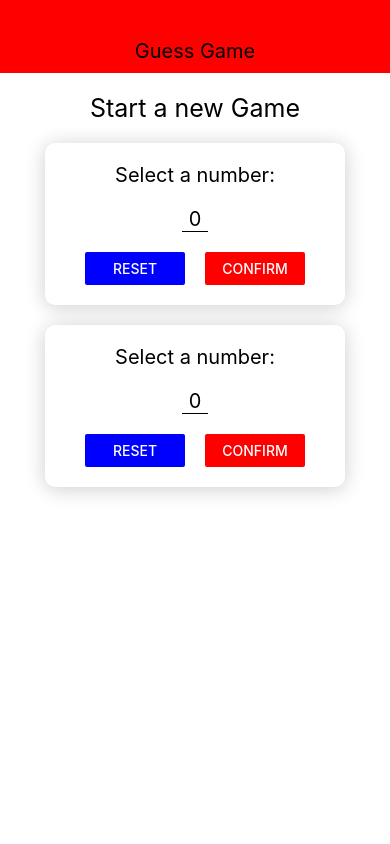
Repository: Celebration-cloud/Guess-number
Screen: /
These files come from the project's save history. The screen is drawn as it stood at one moment and after a run of saves; the edit follows.
The app was drawn by React Native's web renderer in a window 390 px wide. The project was rebuilt for these pictures with package versions that can differ from the ones it lists, and the page was loaded fresh each time.

Above is the screen before, as saved 2024-06-11 16:46:41.

After the next 2 saves:
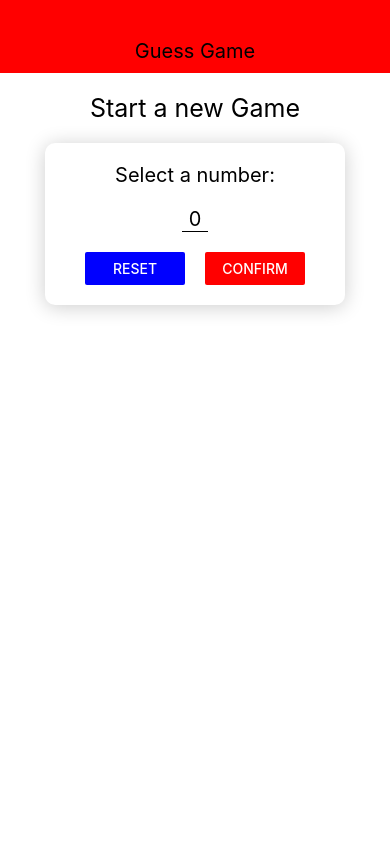
The 2 saves are shown as one change because they came seconds apart.
The last was saved 31 s later.
--- a/components/srceen/StartScreen.jsx
+++ b/components/srceen/StartScreen.jsx
@@ -29,31 +29,6 @@ export default function StartScreen(props) {
         <View style={styles.startScreen}>
           <Text style={styles.start}> Start a new Game </Text>
           <Cards styles={styles} />
-          <View style={styles.content}>
-            <Text style={styles.title}>Select a number:</Text>
-            <Input
-              maxLength={2}
-              onChangeText={handleChange}
-              value={inputEl}
-              keyboardType="number-pad"
-            />
-            <View style={styles.gpBtn}>
-              <View style={styles.button}>
-                <Button
-                  title="Reset"
-                  onPress={handleReset}
-                  color={colorTheme.secondary}
-                />
-              </View>
-              <View style={styles.button}>
-                <Button
-                  title="Confirm"
-                  onPress={handleConfirm}
-                  color={colorTheme.primary}
-                />
-              </View>
-            </View>
-          </View>
           {numbers}
         </View>
       </TouchableWithoutFeedback>
